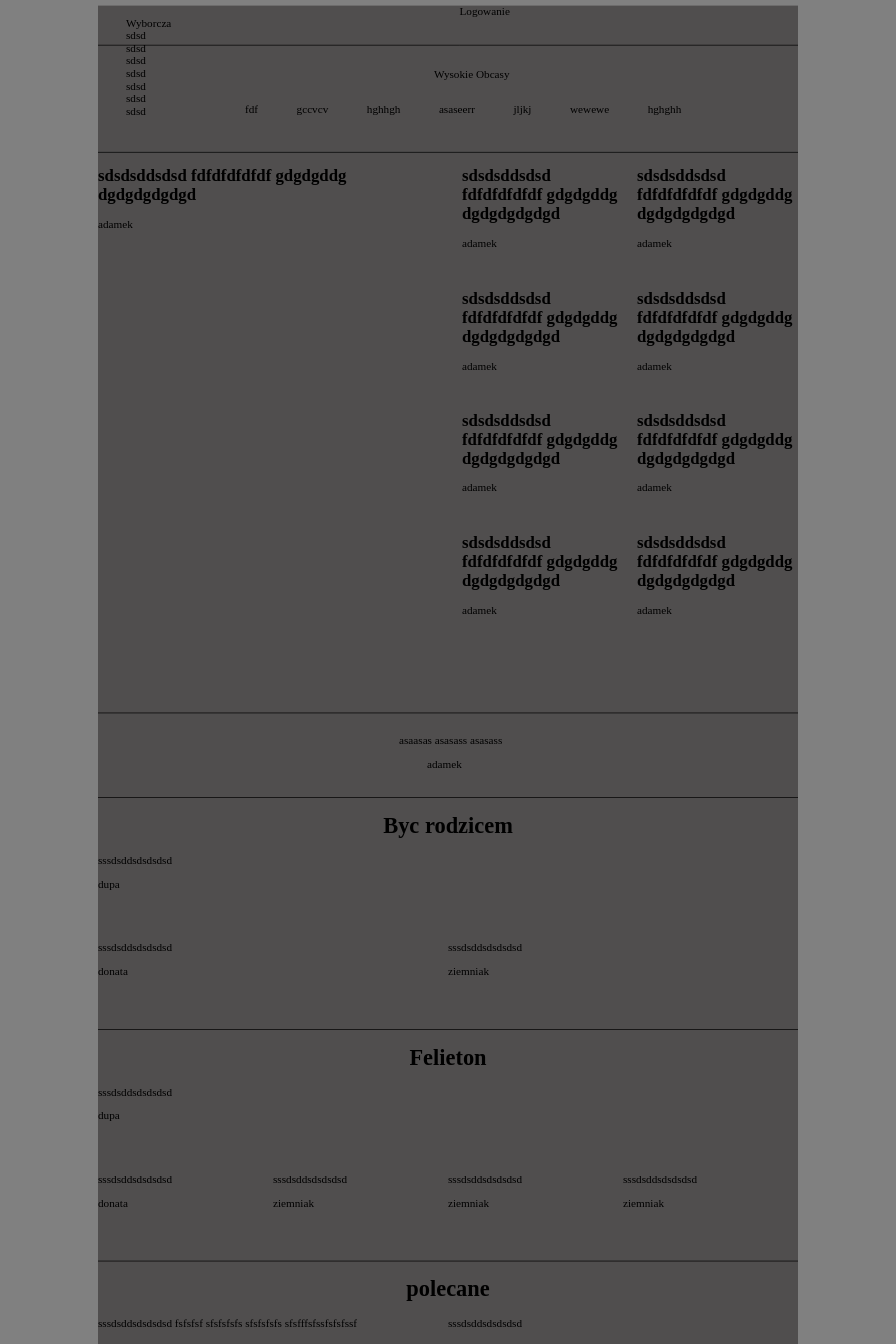
Repository: kq333/pitupitu.pl
Page: index.html
An editor plug-in stored every save of this project. The page is shown before and after the next save, followed by the edit.
The browser window is 1280 px wide. The pictures show the part of the page from y = 0 to 1920 px (the page is 2781 px tall), at 70% of full size.
The style sheet was rebuilt from its Sass, Less or Tailwind sources for each picture, by a compiler version that may differ from the author's.

Above is the page before, as saved 2020-11-04 13:26:28.

### index.html
<!DOCTYPE html>
<html lang="en">
<head>
    <meta charset="UTF-8">
    <meta name="viewport" content="width=device-width, initial-scale=1.0">
    <title>Document</title>
    <link rel="stylesheet" href="style/style.css">
</head>
<body>


<div id="container">
  <div id="content">
    <div id=bar>
        <ul class="ul_bar">Wyborcza
            <li>sdsd</li>
            <li>sdsd</li>
            <li>sdsd</li>
            <li>sdsd</li>
            <li>sdsd</li>
            <li>sdsd</li>
            <li>sdsd</li>
        </ul>
        <div class="loging">
            Logowanie
        </div>
    </div>
            <div id="logo"><p>Wysokie Obcasy</p>
                <ul class="ul_bar2">
                    <li>fdf</li>
                    <li>gccvcv</li>
                    <li>hghhgh</li>
                    <li>asaseerr</li>
                    <li>jljkj</li>
                    <li>wewewe</li>
                    <li>hghghh</li>
                </ul>


            </div>


           <div>

                <div class="block_1">
                    <div class="art1">
                        <article>
                        <h1>sdsdsddsdsd fdfdfdfdfdf gdgdgddg dgdgdgdgdgd</h1>


                            <p class="autor_name">adamek</p>
                        </article>
                    </div>

                    <div class="art2">
                            <article>
                                <h1>sdsdsddsdsd fdfdfdfdfdf gdgdgddg dgdgdgdgdgd</h1>


                                <p class="autor_name">adamek</p>
                            </article>
                     </div>
                     <div class="art3">
                            <article>
                                <h1>sdsdsddsdsd fdfdfdfdfdf gdgdgddg dgdgdgdgdgd</h1>


                                <p class="autor_name">adamek</p>
                            </article>
                      </div>
                      <div class="art4">
                            <article>
                                <h1>sdsdsddsdsd fdfdfdfdfdf gdgdgddg dgdgdgdgdgd</h1>


                                <p class="autor_name">adamek</p>
                            </article>
                       </div>
                            <div class="art5">
                                <article>
                                    <h1>sdsdsddsdsd fdfdfdfdfdf gdgdgddg dgdgdgdgdgd</h1>


                                    <p class="autor_name">adamek</p>
                                </article>
                            </div>
                                 <div class="art6">
                                    <article>
                                        <h1>sdsdsddsdsd fdfdfdfdfdf gdgdgddg dgdgdgdgdgd</h1>


                                        <p class="autor_name">adamek</p>
                                    </article>
                                 </div>
                                    <div class="art7">

                                        <article>
                                            <h1>sdsdsddsdsd fdfdfdfdfdf gdgdgddg dgdgdgdgdgd</h1>


                                            <p class="autor_name">adamek</p>
                                        </article>
                                    </div>

                                    <div class="art8">
                                            <article>
                                                <h1>sdsdsddsdsd fdfdfdfdfdf gdgdgddg dgdgdgdgdgd</h1>


                                                <p class="autor_name">adamek</p>
                                            </article>
                                    </div>
                                        <div class="art9">
                                                <article>

                                                    <h1>sdsdsddsdsd fdfdfdfdfdf gdgdgddg dgdgdgdgdgd</h1>


                                                    <p class="autor_name">adamek</p>
                                                </article>
                                        </div>
                </div>


                     <div class="quotes">
                         <p1>asaasas asasass asasass</p1>

                        <p class="autor_name">adamek</p>

                    </div>





                  <div class="section">
                    <header>
                        <h1>Byc rodzicem</h1>

                    </header>
                    </div>


                        <section class="family">


                                <div class="art10">
                                    <article> sssdsddsdsdsdsd
                                        <p class="autor_name">dupa</p>

                                    </article>

                                </div>
                                <div class="art11">
                                        <article> sssdsddsdsdsdsd
                                            <p class="autor_name">donata</p>

                                        </article>
                                </div>
                                    <div class="art12">
                                            <article> sssdsddsdsdsdsd
                                                <p class="autor_name">ziemniak</p>

                                            </article>
                                    </div>

                        </section>

                        <div class="section">
                        <header>
                            <h1>Felieton</h1>
                        </header>
                    </div>

                        <section class="column">

                            <div class="art13">
                                    <article> sssdsddsdsdsdsd
                                        <p class="autor_name">dupa</p>

                                    </article>

                            </div>
                                <div class="art14">
                                    <article> sssdsddsdsdsdsd
                                        <p class="autor_name">donata</p>

                                    </article>
                                </div>
                                     <div class="art15">
                                        <article> sssdsddsdsdsdsd
                                            <p class="autor_name">ziemniak</p>

                                        </article>
                                    </div>

                                        <div class="art16">
                                            <article> sssdsddsdsdsdsd
                                                <p class="autor_name">ziemniak</p>

                                            </article>
                                        </div>

                                        <div class="art17">
                                            <article> sssdsddsdsdsdsd
                                                <p class="autor_name">ziemniak</p>

                                            </article>
                                        </div>

                        </section>
                        <div class="section">
                        <header>
                            <h1>polecane</h1>

                        </header>
                    </div>

                            <section class="recommended">


                                    <div class="art18">
                                        <article> sssdsddsdsdsdsd
                                            fsfsfsf sfsfsfsfs sfsfsfsfs
                                            sfsfffsfssfsfsfssf
                                            <p class="autor_name">dupa</p>

                                        </article>
                                    </div>
                                        <div class="art19">
                                            <article> sssdsddsdsdsdsd
                                                <p class="autor_name">donata</p>

                                            </article>
                                        </div>
                                            <div class="art20">

                                                <article> sssdsddsdsdsdsd
                                                    <p class="autor_name">ziemniak</p>
                                                </article>
                                            </div>
                                                <div class="art21">
                                                    <article> sssdsddsdsdsdsd
                                                        <p class="autor_name">ziemniak</p>
                                                    </article>
                                                </div>
                                                    <div class="art22">
                                                        <article> sssdsddsdsdsdsd
                                                            <p class="autor_name">ziemniak</p>


                                                        </article>
                                                    </div>
                                                        <div class="art23">
                                                            <article> sssdsddsdsdsdsd
                                                                <p class="autor_name">ziemniak</p>


                                                            </article>
                                                        </div>

                                                            <div class="art24">
                                                                <article> sssdsddsdsdsdsd
                                                                    <p class="autor_name">ziemniak</p>


                                                                </article>
                                                            </div>
                                                                <div class="art25">
                                                                    <article> sssdsddsdsdsdsd
                                                                        <p class="autor_name">ziemniak</p>


                                                                    </article>
                                                                </div>
                                                                <div class="art26">
                                                            <article> sssdsddsdsdsdsd
                                                                <p class="autor_name">ziemniak</p>


                                                            </article>
                                                            </div>



                            </section>

                            <div class="section">
                            <header>
                                <h1>wasze listy</h1>

                            </header>
                            </div>

                            <section class="letters">

                                <div class="art27">
                                    <article> sssdsddsdsdsdsd
                                        fsfsfsf sfsfsfsfs sfsfsfsfs
                                        sfsfffsfssfsfsfssf
                                        <p class="autor_name">dupa</p>

                                    </article>
                                </div>
                                <div class="art28">
                                    <article> sssdsddsdsdsdsd
                                        fsfsfsf sfsfsfsfs sfsfsfsfs
                                        sfsfffsfssfsfsfssf
                                        <p class="autor_name">dupa</p>

                                    </article>
                                </div>

                                <div class="art29">
                                    <article> sssdsddsdsdsdsd
                                        fsfsfsf sfsfsfsfs sfsfsfsfs
                                        sfsfffsfssfsfsfssf
                                        <p class="autor_name">dupa</p>

                                    </article>
                                </div>

                                <div class="art30">
                                    <article> sssdsddsdsdsdsd
                                        fsfsfsf sfsfsfsfs sfsfsfsfs
                                        sfsfffsfssfsfsfssf
                                        <p class="autor_name">dupa</p>

                                    </article>
                                </div>

                            </section>

                            <footer>
                                <div class="footer">sdsd 545 sd 45sd 4s5d5sd s54ds5 4</div>

                            </footer>



















































           </main>



  </div>




















</div>
</body>
</html>

### style/style.scss
body{
    background-color: grey;


}
#constainer{
    height: auto;
}

#content{
    margin:auto;
    background-color: rgb(80, 78, 78);
    width:1000px;

}


#bar{
    display:grid;
    grid-template-columns: auto auto;
    grid-template-areas: "ul_bar loging";

.ul_bar{
    height: 40px;
    border-bottom: 1px solid black;
    grid-area: ul_bar;


li{
    list-style-type: none;
}

    }
.loging{
    height: 56px;
    grid-area: loging;
    border-bottom: 1px solid black;
}

}




#logo{
    border-bottom: 1px solid black;
    width:1000px;
    height: 120px;
    p{
        margin-left:480px;
    }

    .ul_bar2{
        list-style-type: none;
        display:inline-flex;
        gap:55px;
        margin-left:170px;
    }
}

.block_1{
    width:1000px;
    height: auto;
    display:grid;
    grid-template-columns: 500px auto auto;
    .art1{
    grid-row-start: 1;
    grid-row-end: 9;
    height: 800px;;
    }
    gap: 20px;
}

.quotes{
    width: 940px;
    height: 60px;
    border-bottom: 1px solid black;
    border-top: 1px solid black;
    padding:30px;

    p1{
        margin-left: 400px;
        margin-top:130px;
    }
    p{
        margin-left: 440px;
    }

}

.section{
    text-align: center;
}
.family{
    width:1000px;
    height: 250px;
    border-bottom: 1px solid black;
    display:grid;
    grid-template-columns: auto auto;
    grid-template-areas: "art10 art10"
                          "art11 art12"  ;

.art10{
grid-area: art10;


}
.art11{
grid-area: art11;
}

.art12{
grid-area: art12;
}


}

.column{
    width:1000px;
    height: 250px;
    border-bottom: 1px solid black;
    display:grid;
    grid-template-columns: auto auto auto;
    grid-template-areas: "art13 art13 art13 art13"
                         " art14 art15 art16 art17"   ;

    .art13{

        grid-area: art13;


            }
    .art14{
        grid-area: art14;

     }

    .art15{
        grid-area: art15;
     }

     .art16{
        grid-area: art16;
     }

     .art17{
        grid-area: art17;
     }

    h1{
        margin-left:500px;

        }

}


.recommended{
    width:1000px;
    height: auto;
    border-bottom: 1px solid black;
    display:grid;
    grid-template-columns: repeat(2, 1fr);
    grid-template-areas: " art18   art19"
                         " art20   art19"
                         " art21  art22"
                         " art23  art22"
                         " art24  art25"
                         " art26  art25"
                         ;




.art18{
grid-area:art18;


}

.art19{
grid-area: art19;

 }

.art20{
grid-area: art20;


 }

.art21{
grid-area: art21;
 }

.art22{
grid-area: art22;
 }

.art23{
grid-area: art23;
 }

.art24{
grid-area: art24;

 }

.art25{
grid-area: art25;
 }

.art26{
grid-area: art26;
 }
};

.letters{
    width:1000px;
    height: 200px;

    display:grid;
    grid-template-columns: repeat(4, 1fr);
    grid-template-areas: "art27 art28 art29 art30";


.art27{
    grid-area: art27;
}

.art28{
    grid-area: art28;
}


.art29{
    grid-area: art29;
}

.art30{
    grid-area: art30;
}

}

.footer{
    border-bottom: 1px solid black;
    border-top: 1px solid black;
    background-color: red;
    height: 200px;
 }

After the next save:
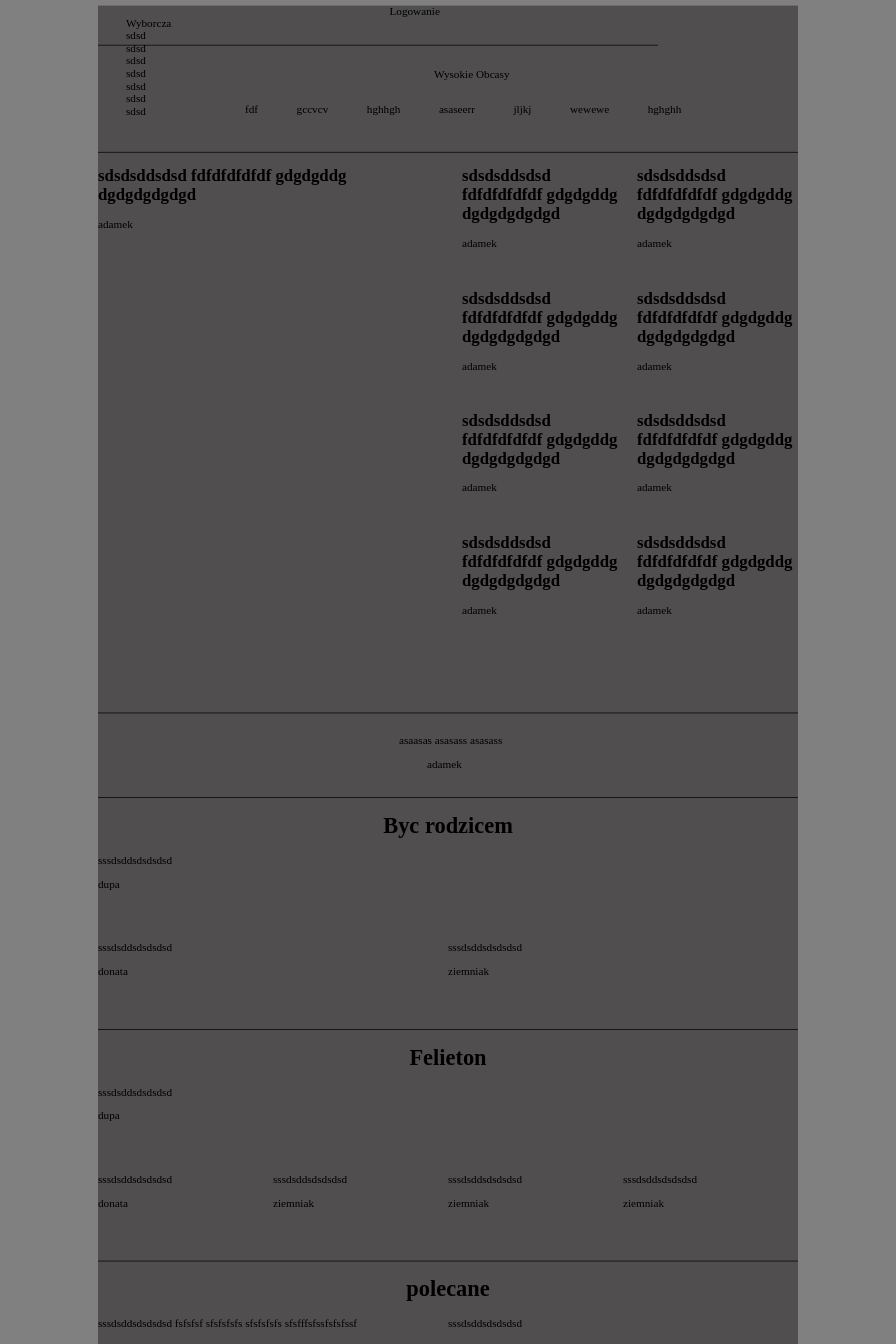
Saved 97 s later.
--- a/style/style.scss
+++ b/style/style.scss
@@ -35,6 +35,7 @@
     height: 56px;
     grid-area: loging;
     border-bottom: 1px solid black;
+    margin-right: 200px;;
 }
 
 }
